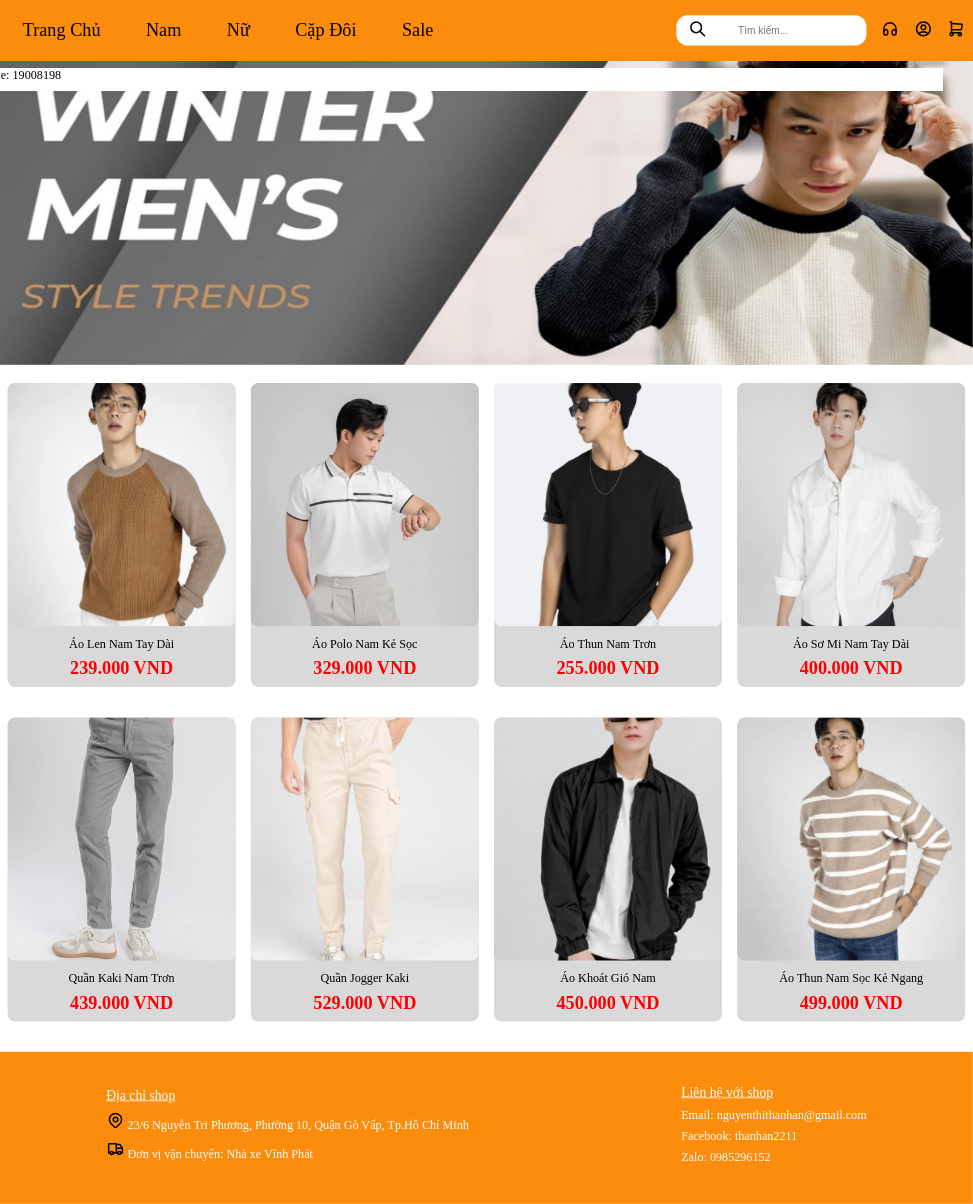
Repository: manhhieu120499/Project_ShopQuanAo
Page: html/nam.html
The author's editor kept a copy of each file at every save. The page is drawn from the files as they stood at one save, then again after a run of saves.
The browser window is 1280 px wide. The pictures show the whole page, at 76% of full size.

Above is the page before, as saved 2023-03-05 23:44:16.

### html/nam.html
<!DOCTYPE html>
<html lang="en">
<head>
    <meta charset="UTF-8">
    <meta http-equiv="X-UA-Compatible" content="IE=edge">
    <meta name="viewport" content="width=device-width, initial-scale=1.0">
    <title>Document</title>
    <link rel="stylesheet" href="/css/style_nam.css">
</head>
<body>
    <div class="wrap">
        <div class="header">
            <div class="header_nav">
                <a href="#">Trang Chủ</a>
                <a href="#">Nam</a>
                <a href="#">Nữ</a>
                <a href="#">Cặp Đôi</a>
                <a href="#">Sale</a>
            </div>
            <div class="right_header">
                <a href="#" class="search">
                    <svg xmlns="http://www.w3.org/2000/svg" class="icon icon-tabler icon-tabler-search" width="24" height="24" viewBox="0 0 24 24" stroke-width="2" stroke="currentColor" fill="none" stroke-linecap="round" stroke-linejoin="round">
                        <path stroke="none" d="M0 0h24v24H0z" fill="none"></path>
                        <path d="M10 10m-7 0a7 7 0 1 0 14 0a7 7 0 1 0 -14 0"></path>
                        <path d="M21 21l-6 -6"></path>
                     </svg>
                </a>
                <input type="text" placeholder="                  Tìm kiếm...">
                <a href="#" class="headphone">
                    <svg xmlns="http://www.w3.org/2000/svg" class="icon icon-tabler icon-tabler-headphones " width="24" height="24" viewBox="0 0 24 24" stroke-width="2" stroke="currentColor" fill="none" stroke-linecap="round" stroke-linejoin="round">
                        <path stroke="none" d="M0 0h24v24H0z" fill="none"></path>
                        <path d="M4 13m0 2a2 2 0 0 1 2 -2h1a2 2 0 0 1 2 2v3a2 2 0 0 1 -2 2h-1a2 2 0 0 1 -2 -2z"></path>
                        <path d="M15 13m0 2a2 2 0 0 1 2 -2h1a2 2 0 0 1 2 2v3a2 2 0 0 1 -2 2h-1a2 2 0 0 1 -2 -2z"></path>
                        <path d="M4 15v-3a8 8 0 0 1 16 0v3"></path>
                     </svg>
                </a>
                    <p class="phone_number">Hotline: 19008198</p>
                <a href="#">
                    <svg xmlns="http://www.w3.org/2000/svg" class="icon icon-tabler icon-tabler-user-circle " width="24" height="24" viewBox="0 0 24 24" stroke-width="2" stroke="currentColor" fill="none" stroke-linecap="round" stroke-linejoin="round">
                        <path stroke="none" d="M0 0h24v24H0z" fill="none"></path>
                        <path d="M12 12m-9 0a9 9 0 1 0 18 0a9 9 0 1 0 -18 0"></path>
                        <path d="M12 10m-3 0a3 3 0 1 0 6 0a3 3 0 1 0 -6 0"></path>
                        <path d="M6.168 18.849a4 4 0 0 1 3.832 -2.849h4a4 4 0 0 1 3.834 2.855"></path>
                     </svg>
                </a>
                <a href="#">
                    <svg xmlns="http://www.w3.org/2000/svg" class="icon icon-tabler icon-tabler-shopping-cart" width="24" height="24" viewBox="0 0 24 24" stroke-width="2" stroke="currentColor" fill="none" stroke-linecap="round" stroke-linejoin="round">
                        <path stroke="none" d="M0 0h24v24H0z" fill="none"></path>
                        <path d="M6 19m-2 0a2 2 0 1 0 4 0a2 2 0 1 0 -4 0"></path>
                        <path d="M17 19m-2 0a2 2 0 1 0 4 0a2 2 0 1 0 -4 0"></path>
                        <path d="M17 17h-11v-14h-2"></path>
                        <path d="M6 5l14 1l-1 7h-13"></path>
                     </svg>
                </a>
            </div>
        </div>

        <!--Slide_bar-->
        <div class="slide_bar">
            <img src="/image/image_trangnam/16.jpg" alt="picture_panel">
        </div>

        <!--products-->
        <div class="products">
            <div class="product_one">
                 <div class="product_item">
                    <a href="#"><img src="/image/image_trangnam/22.jpg" alt=""></a>
                    <p>Áo Len Nam Tay Dài</p>
                    <p>239.000 VND</p>
                 </div>
                 <div class="product_item">
                    <a href="#"><img src="/image/image_trangnam/17.jpg" alt=""></a>
                    <p>Áo Polo Nam Kẻ Sọc</p>
                    <p>329.000 VND</p>
                 </div>
                 <div class="product_item">
                    <a href="#"><img src="/image/image_trangnam/23.jpg" alt=""></a>
                    <p>Áo Thun Nam Trơn</p>
                    <p>255.000 VND</p>
                 </div>
                 <div class="product_item">
                    <a href="#"><img src="/image/image_trangnam/19.jpg" alt=""></a>
                    <p>Áo Sơ Mi Nam Tay Dài</p>
                    <p>400.000 VND</p>
                 </div>
            </div>

            <div class="product_one product_two">
                <div class="product_item">
                   <a href="#"><img src="/image/image_trangnam/24.jpg" alt=""></a>
                   <p>Quần Kaki Nam Trơn</p>
                   <p>439.000 VND</p>
                </div>
                <div class="product_item">
                   <a href="#"><img src="/image/image_trangnam/25.jpg" alt=""></a>
                   <p>Quần Jogger Kaki</p>
                   <p>529.000 VND</p>
                </div>
                <div class="product_item">
                   <a href="#"><img src="/image/image_trangnam/26.jpg" alt=""></a>
                   <p>Áo Khoát Gió Nam</p>
                   <p>450.000 VND</p>
                </div>
                <div class="product_item">
                   <a href="#"><img src="/image/image_trangnam/27.jpg" alt=""></a>
                   <p>Áo Thun Nam Sọc Kẻ Ngang</p>
                   <p>499.000 VND</p>
                </div>
           </div>
        </div>

        <!--Footer-->
        <div class="footer">
            <div class="left_footer">
                  <p class="address">Địa chỉ shop</p>
                  <p>
                    <a class="icon">
                        <svg xmlns="http://www.w3.org/2000/svg" class="icon icon-tabler icon-tabler-map-pin" width="24" height="24" viewBox="0 0 24 24" stroke-width="2" stroke="currentColor" fill="none" stroke-linecap="round" stroke-linejoin="round">
                            <path stroke="none" d="M0 0h24v24H0z" fill="none"></path>
                            <path d="M12 11m-3 0a3 3 0 1 0 6 0a3 3 0 1 0 -6 0"></path>
                            <path d="M17.657 16.657l-4.243 4.243a2 2 0 0 1 -2.827 0l-4.244 -4.243a8 8 0 1 1 11.314 0z"></path>
                         </svg>
                    </a>
                     23/6 Nguyễn Tri Phương, Phường 10, Quận Gò Vấp, Tp.Hồ Chí Minh
                  </p>
                  <p>
                    <a>
                        <svg xmlns="http://www.w3.org/2000/svg" class="icon icon-tabler icon-tabler-truck" width="24" height="24" viewBox="0 0 24 24" stroke-width="2" stroke="currentColor" fill="none" stroke-linecap="round" stroke-linejoin="round">
                            <path stroke="none" d="M0 0h24v24H0z" fill="none"></path>
                            <path d="M7 17m-2 0a2 2 0 1 0 4 0a2 2 0 1 0 -4 0"></path>
                            <path d="M17 17m-2 0a2 2 0 1 0 4 0a2 2 0 1 0 -4 0"></path>
                            <path d="M5 17h-2v-11a1 1 0 0 1 1 -1h9v12m-4 0h6m4 0h2v-6h-8m0 -5h5l3 5"></path>
                         </svg>
                         Đơn vị vận chuyển: Nhà xe Vĩnh Phát
                    </a>
                  </p>
            </div>
            <div class="right_footer">
                 <p class="address">Liên hệ với shop</p>
                 <p>Email: nguyenthithanhan@gmail.com</p>
                 <p>Facebook: thanhan2211</p>
                 <p>Zalo: 0985296152</p>
            </div>

        </div>
    </div>
</body>
</html>

### css/style_nam.css
* {
    margin: 0;
    box-sizing: border-box;
}

.header {
    background-color: #FC8D0C;
    width: 100%;
    height: 80px;
    display: flex;
    justify-content: space-between;
    align-items: center;
    position: fixed;
    top: 0;
    left: 0;
}

.header .header_nav {
    display: flex;
    justify-content: space-around;
    width: 600px;
}

.header_nav > a {
    color: black;
    text-decoration: none;
    font-size: 24px;
}

.header_nav > a:hover {
    color: white;
}

.header .right_header {
    display: flex;
    justify-content: space-around;
    width: 400px;
    align-items: center;
}

.right_header > input {
    width: 250px;
    height: 40px;
    padding: 0 15px;
    border-radius: 15px;
    border: none;
    position: relative;
}

.right_header > a {
    color: black;
}

.right_header .search {
    position: absolute;
    z-index: 1;
    right: 350px;
}

.slide_bar {
    margin-top: 80px;
}

.slide_bar > img {
    width: 100%;
    height: 400px;
    object-fit: fill;
}


/*products*/
.products {
    margin-top: 20px;
}
.product_one {
    display: flex;
    justify-content: space-around;
}

.product_one .product_item {
    width: 300px;
    height: 400px;
    background-color: #D9D9D9;
    border-radius: 10px;
}

.product_item > a > img {
    width: 100%;
    height: 320px;
    border-radius: 10px;
    object-fit: cover;
}

.product_item > p {
    font-size: 16px;
    text-align: center;
    margin-top: 10px;
}

.product_item > p:nth-child(3) {
    color: red;
    font-size: 24px;
    font-weight: bold;
}

.product_two {
    margin-top: 40px;
}

/*footer*/

.footer {
    margin-top: 40px;
    width: 100%;
    height: 200px;
    background-color: #FC8D0C;
    display: flex;
    justify-content: space-around;
    align-items: center;
    color: white;
}

.footer .left_footer {
    display: flex;
    flex-direction: column;
}

.left_footer p {
    margin-bottom: 10px;
}

.left_footer .address {
    text-decoration: underline;
    font-size: 18px;
}

.footer .right_footer {
    display: flex;
    flex-direction: column;
}

.right_footer p {
    margin-bottom: 10px;
}

.right_footer .address {
    text-decoration: underline;
    font-size: 18px;
}

.footer svg {
    color: black;
}


.headphone {
    position: relative;
}


.phone_number {
    position: absolute;
    top: 90px;
    right: 40px;
    background-color: white;
    width: 100%;
    height: 30px;

}

After the next 2 saves:
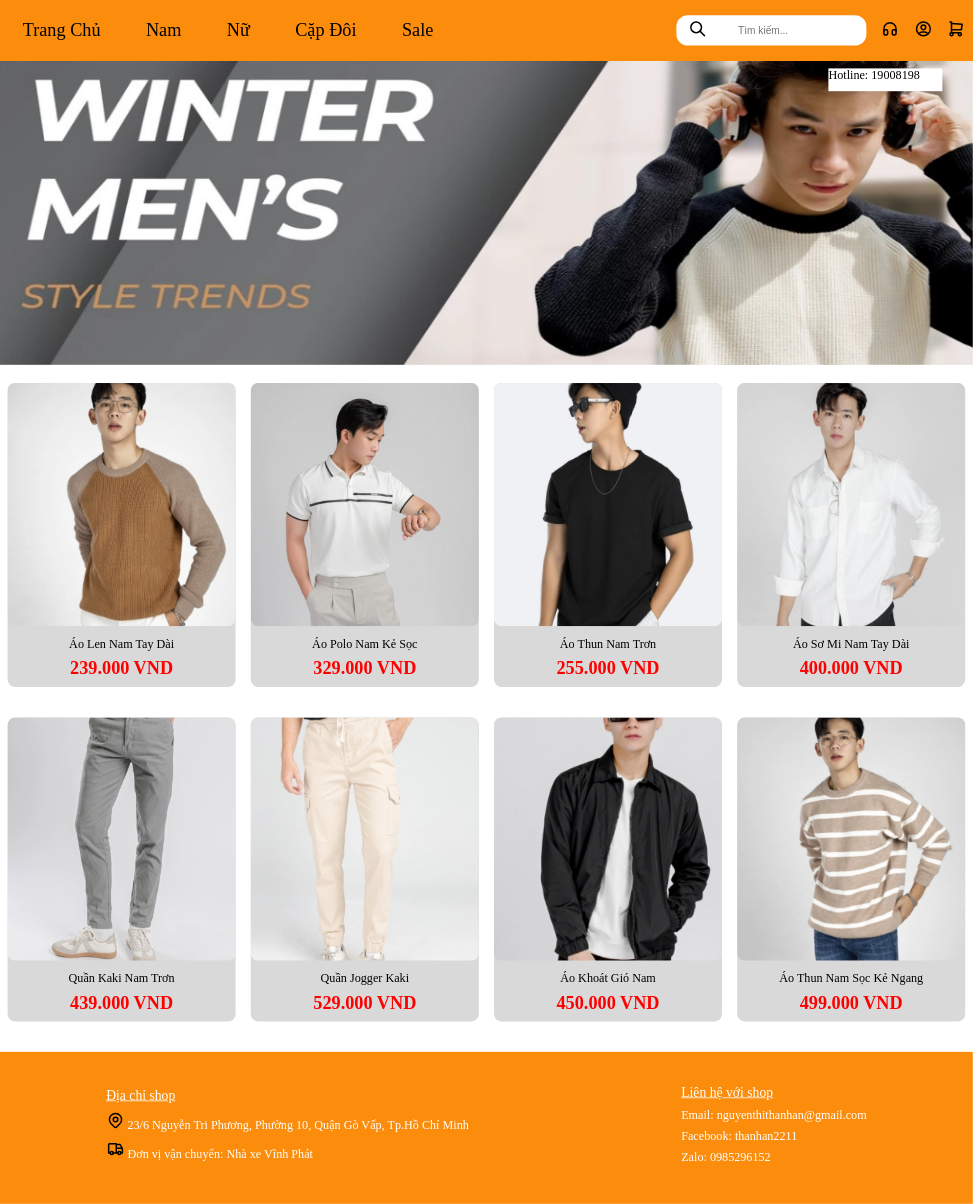
The 2 saves are shown as one change because they came seconds apart.
The last was saved 10 s later.
--- a/css/style_nam.css
+++ b/css/style_nam.css
@@ -163,7 +163,7 @@
     top: 90px;
     right: 40px;
     background-color: white;
-    width: 100%;
+    width: 150px;
     height: 30px;
 
 }
